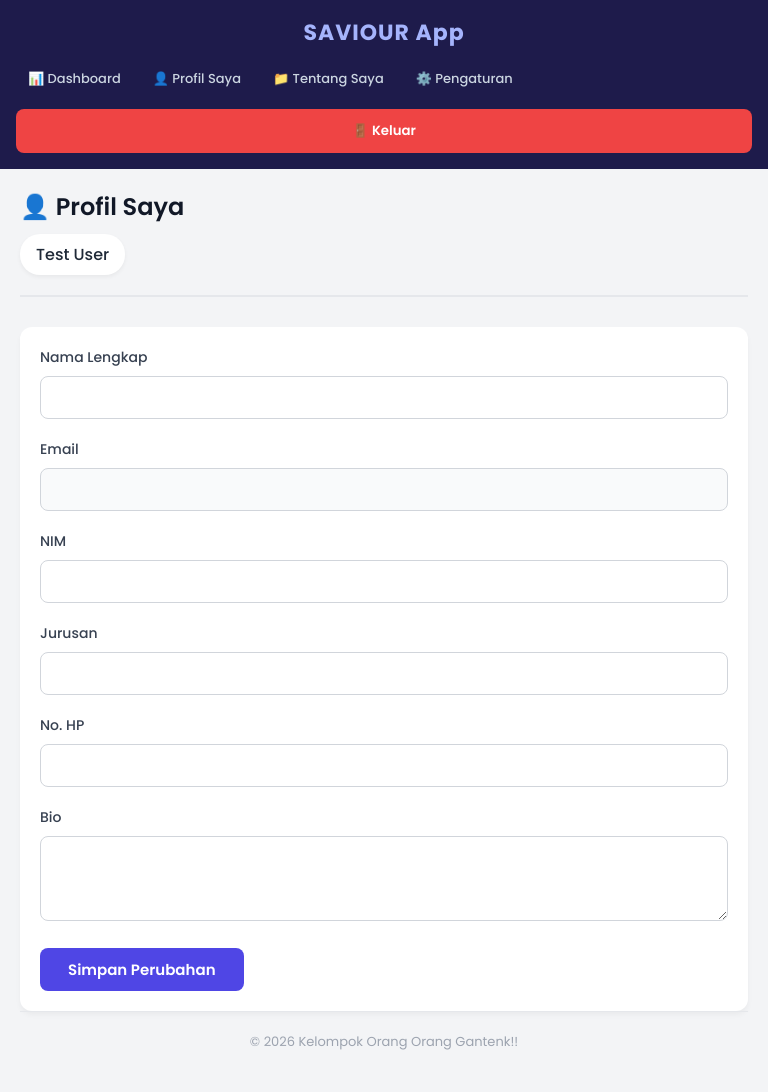
Repository: Risalagustian5/kelompok-rsr
Page: resources/views/Profile.blade.php
An editor plug-in stored every save of this project. The page is shown before and after the next save, followed by the edit.
The browser window is 768 px wide. The pictures show the whole page.
The page is served by the project's Laravel application, run on PHP 8.4 with Laravel 12. A made-up administrator, Test User (test@example.com), is signed in. Other server files are loaded and not shown. The template is opened directly, without the code that normally fills it, so the values that code supplies are empty.

Above is the page before, as saved 2026-07-05 15:37:48.

### routes/web.php
<?php

use Illuminate\Support\Facades\Route;
use App\Http\Controllers\AuthController;
use App\Http\Controllers\Api\VillaController;
use App\Http\Controllers\Api\BookingController;

// ── GUEST ONLY ──────────
Route::middleware('guest')->group(function () {
    Route::get('/',         [AuthController::class, 'showLogin']);
    Route::get('/login',    [AuthController::class, 'showLogin'])->name('login');
    Route::post('/login',   [AuthController::class, 'login']);
    Route::get('/register', [AuthController::class, 'showRegister'])->name('register');
    Route::post('/register',[AuthController::class, 'register']);
});

// ── LOGOUT ──────────────
Route::post('/logout', [AuthController::class, 'logout'])->name('logout')->middleware('auth');

// ════════════════════════════════════════════════════
// USER ROUTES (role: user)
// ════════════════════════════════════════════════════
Route::middleware(['auth', 'role:user'])->group(function () {
    Route::get('/dashboard', [AuthController::class, 'dashboard'])->name('dashboard');
    Route::get('/profile',   [AuthController::class, 'showProfile'])->name('profile');
    Route::post('/profile',  [AuthController::class, 'updateProfile'])->name('profile.update');
    Route::get('/tentang',   [AuthController::class, 'tentangKelompok'])->name('tentang');
    Route::get('/pengaturan',[AuthController::class, 'showPengaturan'])->name('pengaturan');
    Route::post('/pengaturan/password',[AuthController::class, 'updatePassword'])->name('pengaturan.password');

    // Villa (Blade)
    Route::get('/villas',       [VillaController::class, 'index'])->name('villas.index');
    Route::get('/villas/{id}',  [VillaController::class, 'show'])->name('villas.show');

    // Booking (Blade)
    Route::post('/villas/{id}/book', [VillaController::class, 'storeBooking'])->name('villas.storeBooking');
    Route::get('/history',                [VillaController::class, 'historyBooking'])->name('history');
    Route::patch('/bookings/{id}/cancel', [VillaController::class, 'userCancelBooking'])->name('bookings.user.cancel');
});

// ════════════════════════════════════════════════════
// ADMIN ROUTES (role: admin)
// ════════════════════════════════════════════════════
Route::middleware(['auth', 'role:admin'])->prefix('admin')->name('admin.')->group(function () {
    Route::get('/dashboard', [AuthController::class, 'adminDashboard'])->name('dashboard');

    // Manajemen Users
    Route::get('/users',                        [AuthController::class, 'adminUsers'])->name('users');
    Route::get('/users/{user}/edit',            [AuthController::class, 'adminEditUser'])->name('users.edit');
    Route::put('/users/{user}',                 [AuthController::class, 'adminUpdateUser'])->name('users.update');
    Route::delete('/users/{user}',              [AuthController::class, 'adminDeleteUser'])->name('users.destroy');
    Route::post('/users/{user}/reset-password', [AuthController::class, 'adminResetPassword'])->name('users.reset-password');

    // Manajemen Villa (Blade)
    Route::get('/villas',           [VillaController::class, 'adminIndex'])->name('villas.index');
    Route::get('/villas/create',    [VillaController::class, 'create'])->name('villas.create');
    Route::post('/villas',          [VillaController::class, 'store'])->name('villas.store');
    Route::get('/villas/{id}/edit', [VillaController::class, 'edit'])->name('villas.edit');
    Route::put('/villas/{id}',      [VillaController::class, 'update'])->name('villas.update');
    Route::delete('/villas/{id}',   [VillaController::class, 'destroy'])->name('villas.destroy');

    // Manajemen Pesanan (Booking) - pakai BookingController
    Route::get('/bookings',               [BookingController::class, 'adminBookings'])->name('bookings.index');
    Route::post('/bookings/{id}/confirm', [BookingController::class, 'confirmBooking'])->name('bookings.confirm');
    Route::patch('/bookings/{id}/cancel', [BookingController::class, 'cancelBooking'])->name('bookings.cancel');
    Route::delete('/bookings/{id}',       [BookingController::class, 'destroyBooking'])->name('bookings.destroy');
});

### app/Models/User.php
<?php
// FILE: app/Models/User.php

namespace App\Models;

use Illuminate\Database\Eloquent\Factories\HasFactory;
use Illuminate\Foundation\Auth\User as Authenticatable;
use Illuminate\Notifications\Notifiable;

class User extends Authenticatable
{
    use HasFactory, Notifiable;

    protected $fillable = [
        'name',
        'email',
        'password',
        'role',       // ← tambahkan ini
    ];

    protected $hidden = [
        'password',
        'remember_token',
    ];

    protected function casts(): array
    {
        return [
            'email_verified_at' => 'datetime',
            'password'          => 'hashed',
        ];
    }

    // ── Relasi ke Profile ────────────────────────────
    public function profile()
    {
        return $this->hasOne(Profile::class);
    }

    // ── Helper cek role ──────────────────────────────
    public function isAdmin(): bool
    {
        return $this->role === 'admin';
    }

    public function isUser(): bool
    {
        return $this->role === 'user';
    }
}

### resources/views/Profile.blade.php
<!DOCTYPE html>
<html lang="en">
<head>
    <meta charset="UTF-8">
    <meta name="viewport" content="width=device-width, initial-scale=1.0">
    <title>Profil Saya - SAVIOUR App</title>
    <link rel="stylesheet" href="{{ asset('css/Profile.css') }}">
    <link href="https://fonts.googleapis.com/css2?family=Poppins:wght@300;400;500;600;700&display=swap" rel="stylesheet">
</head>
<body>
<div class="dashboard-wrapper">

    <aside class="sidebar">
        <div class="sidebar-brand">
            <h3>SAVIOUR App</h3>
        </div>
        <ul class="sidebar-menu">
            <li class="{{ request()->is('dashboard') ? 'active' : '' }}">
                <a href="{{ route('dashboard') }}">📊 Dashboard</a>
            </li>
            <li class="{{ request()->is('profile') ? 'active' : '' }}">
                <a href="{{ route('profile') }}">👤 Profil Saya</a>
            </li>
            <li class="{{ request()->is('tentang') ? 'active' : '' }}">
                <a href="{{ route('tentang') }}">📁 Tentang Saya</a>
            </li>
            <li class="{{ request()->is('pengaturan') ? 'active' : '' }}">
                <a href="{{ route('pengaturan') }}">⚙️ Pengaturan</a>
            </li>
        </ul>
        <div class="sidebar-footer">
            <form action="{{ route('logout') }}" method="GET">
                @csrf
                <button type="submit" class="btn-logout">🚪 Keluar</button>
            </form>
        </div>
    </aside>

    <main class="main-content">
        <header class="content-header">
            <h2>👤 Profil Saya</h2>
            <div class="user-profile">
                <span>{{ Auth::user()->name }}</span>
            </div>
        </header>

        <section class="content-body">

            @if(session('success'))
                <div class="alert-success">{{ session('success') }}</div>
            @endif

            @if($errors->any())
                <div class="alert-error">
                    @foreach($errors->all() as $error)
                        <p>{{ $error }}</p>
                    @endforeach
                </div>
            @endif

            <div class="profile-card">
                <form action="{{ route('profile.update') }}" method="POST">
                    @csrf

                    <div class="form-group">
                        <label>Nama Lengkap</label>
                        <input type="text" name="name" value="{{ $user->name }}">
                    </div>

                    <div class="form-group">
                        <label>Email</label>
                        <input type="email" value="{{ $user->email }}" disabled>
                    </div>

                    <div class="form-group">
                        <label>NIM</label>
                        <input type="text" name="nim" value="{{ $profile->nim ?? '' }}">
                    </div>

                    <div class="form-group">
                        <label>Jurusan</label>
                        <input type="text" name="jurusan" value="{{ $profile->jurusan ?? '' }}">
                    </div>

                    <div class="form-group">
                        <label>No. HP</label>
                        <input type="text" name="phone" value="{{ $profile->phone ?? '' }}">
                    </div>

                    <div class="form-group">
                        <label>Bio</label>
                        <textarea name="bio" rows="3">{{ $profile->bio ?? '' }}</textarea>
                    </div>

                    <button type="submit" class="btn-save">Simpan Perubahan</button>
                </form>
            </div>

        </section>

        <footer class="footer">
            <p>© 2026 Kelompok Orang Orang Gantenk!!</p>
        </footer>
    </main>

</div>
</body>
</html>

### public/css/Profile.css
* {
    margin: 0;
    padding: 0;
    box-sizing: border-box;
    font-family: 'Poppins', sans-serif;
}

body {
    background-color: #f3f4f6;
    color: #1f2937;
}

.dashboard-wrapper {
    display: flex;
    min-height: 100vh;
}

/* SIDEBAR */
.sidebar {
    width: 260px;
    background-color: #1e1b4b;
    color: #ffffff;
    display: flex;
    flex-direction: column;
    justify-content: space-between;
    padding: 30px 20px;
    position: fixed;
    top: 0;
    left: 0;
    height: 100vh;
    z-index: 100;
}

.sidebar-brand h3 {
    font-size: 22px;
    font-weight: 700;
    letter-spacing: 1px;
    text-align: center;
    margin-bottom: 40px;
    color: #a5b4fc;
}

.sidebar-menu {
    list-style: none;
    flex-grow: 1;
}

.sidebar-menu li {
    margin-bottom: 12px;
}

.sidebar-menu li a {
    display: flex;
    align-items: center;
    gap: 10px;
    padding: 12px 16px;
    color: #cbd5e1;
    text-decoration: none;
    font-weight: 500;
    border-radius: 8px;
    transition: all 0.3s ease;
    font-size: 14px;
    position: relative;
    overflow: hidden;
}

/* Animasi sapuan warna saat hover/klik menu sidebar */
.sidebar-menu li a::before {
    content: "";
    position: absolute;
    left: -100%;
    top: 0;
    width: 100%;
    height: 100%;
    background: rgba(79, 70, 229, 0.25);
    transition: left 0.4s ease;
    z-index: 0;
    border-radius: 8px;
}

.sidebar-menu li a:hover::before,
.sidebar-menu li.active a::before {
    left: 0;
}

.sidebar-menu li a span,
.sidebar-menu li a .menu-icon {
    position: relative;
    z-index: 1;
    transition: transform 0.3s ease;
}

.sidebar-menu li a:hover .menu-icon {
    transform: rotate(15deg) scale(1.1);
}

.sidebar-menu li a:hover,
.sidebar-menu li.active a {
    background-color: #4f46e5;
    color: #ffffff;
}

.btn-logout {
    width: 100%;
    padding: 12px;
    background-color: #ef4444;
    color: white;
    border: none;
    border-radius: 8px;
    font-weight: 600;
    cursor: pointer;
    transition: background 0.3s ease;
    position: relative;
    overflow: hidden;
}

.btn-logout::after {
    content: "";
    position: absolute;
    top: 0;
    left: -100%;
    width: 100%;
    height: 100%;
    background: rgba(255,255,255,0.2);
    transition: left 0.3s ease;
}

.btn-logout:hover::after {
    left: 0;
}

.btn-logout:hover {
    background-color: #dc2626;
}

/* KONTEN UTAMA */
.main-content {
    margin-left: 260px;
    flex-grow: 1;
    padding: 40px;
    min-height: 100vh;
    display: flex;
    flex-direction: column;
    animation: fadeInUp 0.6s ease;
}

@keyframes fadeInUp {
    from {
        opacity: 0;
        transform: translateY(20px);
    }
    to {
        opacity: 1;
        transform: translateY(0);
    }
}

.content-header {
    display: flex;
    justify-content: space-between;
    align-items: center;
    margin-bottom: 30px;
    border-bottom: 2px solid #e5e7eb;
    padding-bottom: 20px;
}

.content-header h2 {
    font-weight: 600;
    color: #111827;
}

.user-profile {
    background-color: #ffffff;
    padding: 8px 16px;
    border-radius: 20px;
    font-weight: 500;
    box-shadow: 0 2px 4px rgba(0,0,0,0.05);
}

/* PROFILE CARD */
.profile-card {
    background-color: #ffffff;
    padding: 32px;
    border-radius: 12px;
    box-shadow: 0 4px 6px -1px rgba(0,0,0,0.05);
    max-width: 600px;
    width: 100%;
    animation: fadeInUp 0.7s ease;
    transition: box-shadow 0.3s ease;
}

.profile-card:hover {
    box-shadow: 0 10px 20px -5px rgba(79, 70, 229, 0.2);
}

.form-group {
    margin-bottom: 20px;
}

.form-group label {
    display: block;
    margin-bottom: 8px;
    font-weight: 500;
    font-size: 14px;
    color: #374151;
}

.form-group input,
.form-group textarea {
    width: 100%;
    padding: 10px 14px;
    border: 1px solid #d1d5db;
    border-radius: 8px;
    font-size: 14px;
    font-family: 'Poppins', sans-serif;
    transition: border-color 0.25s ease, box-shadow 0.25s ease;
}

.form-group input:focus,
.form-group textarea:focus {
    outline: none;
    border-color: #4f46e5;
    box-shadow: 0 0 0 3px rgba(79, 70, 229, 0.15);
}

.form-group input:disabled {
    background-color: #f9fafb;
    color: #9ca3af;
    cursor: not-allowed;
}

.btn-save {
    background-color: #4f46e5;
    color: white;
    padding: 10px 28px;
    border: none;
    border-radius: 8px;
    font-size: 15px;
    font-weight: 600;
    cursor: pointer;
    transition: all 0.25s ease;
    position: relative;
    overflow: hidden;
}

.btn-save::after {
    content: "";
    position: absolute;
    top: 0;
    left: -100%;
    width: 100%;
    height: 100%;
    background: rgba(255,255,255,0.25);
    transition: left 0.3s ease;
}

.btn-save:hover::after {
    left: 0;
}

.btn-save:hover {
    background-color: #4338ca;
    transform: translateY(-2px);
}

.btn-save:active {
    transform: scale(0.96);
}

/* ALERT */
.alert-success {
    background: #d1fae5;
    color: #065f46;
    padding: 12px 16px;
    border-radius: 8px;
    margin-bottom: 20px;
    font-size: 14px;
    animation: fadeInUp 0.4s ease;
}

.alert-error {
    background: #fee2e2;
    color: #991b1b;
    padding: 12px 16px;
    border-radius: 8px;
    margin-bottom: 20px;
    font-size: 14px;
    animation: fadeInUp 0.4s ease;
}

/* FOOTER */
.footer {
    margin-top: auto;
    padding: 20px;
    text-align: center;
    color: #9ca3af;
    font-size: 13px;
    border-top: 1px solid #e5e7eb;
}

/* RESPONSIVE MOBILE */
@media (max-width: 768px) {
    .sidebar {
        position: relative;
        width: 100%;
        height: auto;
        top: auto;
        left: auto;
        padding: 16px;
    }

    .sidebar-brand h3 {
        margin-bottom: 12px;
    }

    .sidebar-menu {
        display: flex;
        flex-wrap: wrap;
        gap: 8px;
        margin-bottom: 12px;
    }

    .sidebar-menu li {
        margin-bottom: 0;
    }

    .sidebar-menu li a {
        padding: 8px 12px;
        font-size: 13px;
    }

    .dashboard-wrapper {
        flex-direction: column;
    }

    .main-content {
        margin-left: 0;
        padding: 20px;
    }

    .content-header {
        flex-direction: column;
        align-items: flex-start;
        gap: 10px;
    }

    .profile-card {
        max-width: 100%;
        padding: 20px;
    }
}

After the next save:
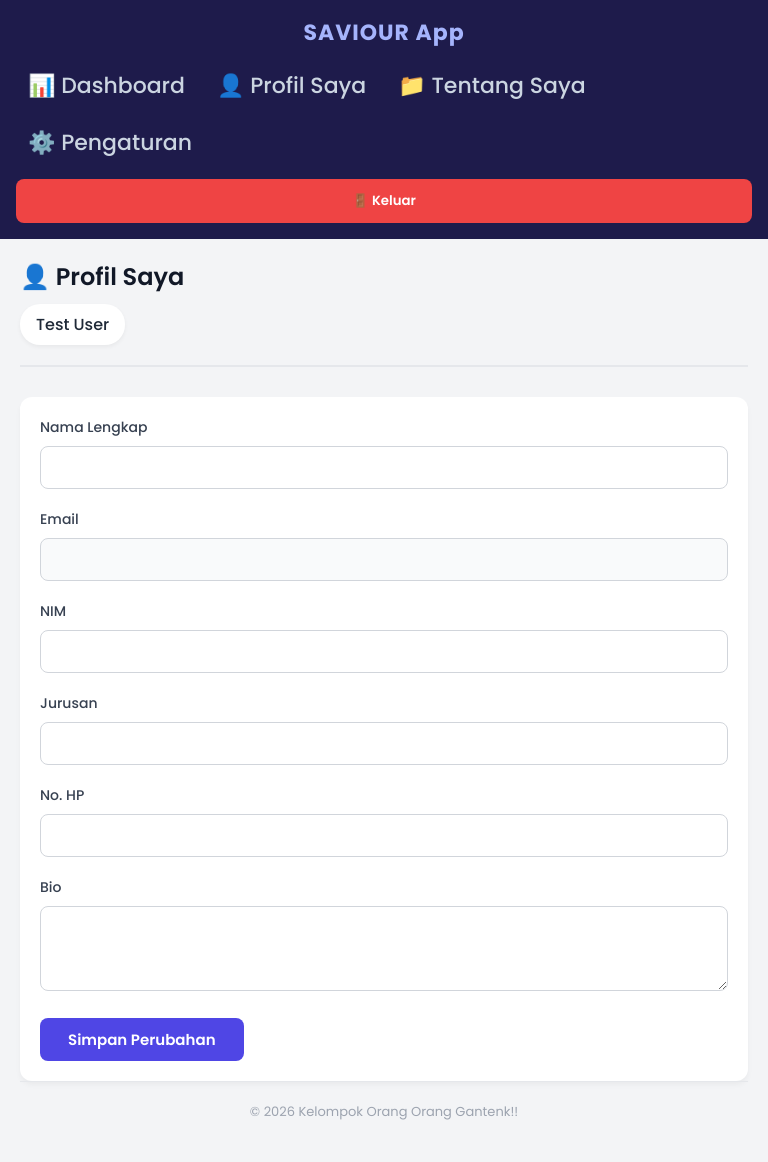
Saved 4 min 51 s later.
--- a/public/css/Profile.css
+++ b/public/css/Profile.css
@@ -326,7 +326,7 @@ body {
 
     .sidebar-menu li a {
         padding: 8px 12px;
-        font-size: 13px;
+        font-size: 22px;
     }
 
     .dashboard-wrapper {
